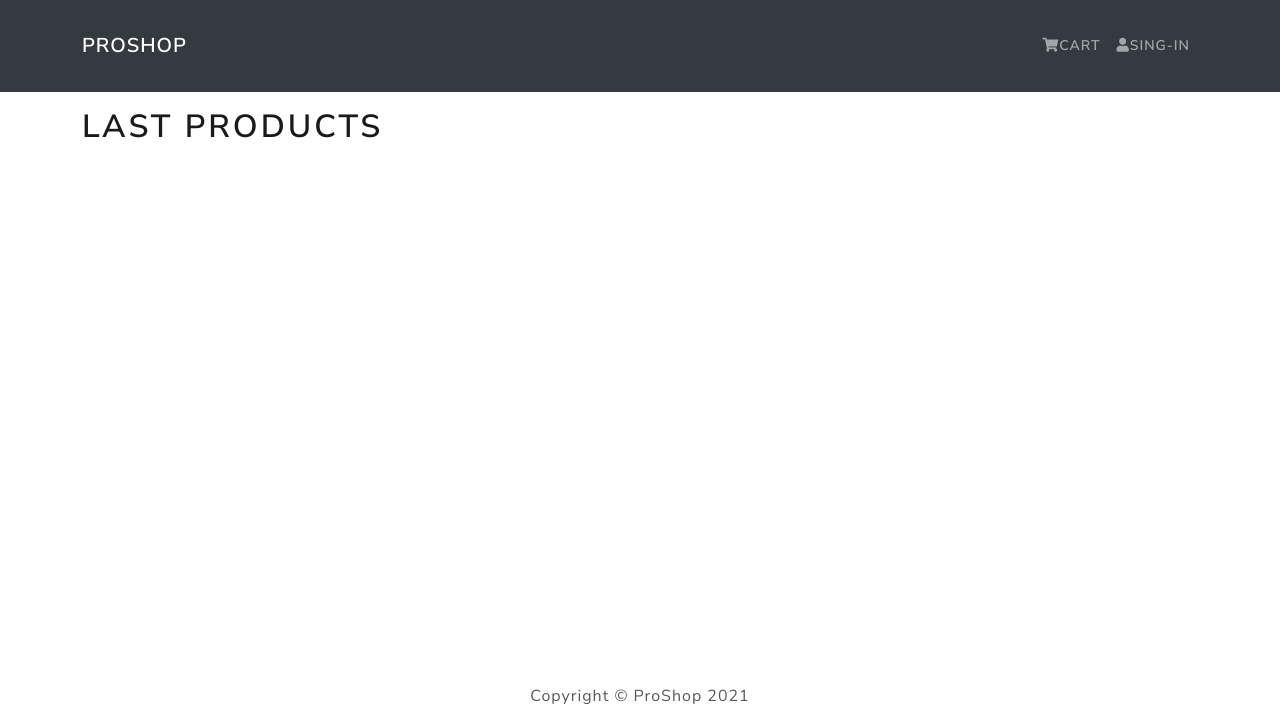
Repository: Erangr90/ProShop
Page: / (app in frontend/)
An editor plug-in stored every save of this project. The page is shown before and after a run of saves, followed by the edit.
The browser window is 1280 px wide. The pictures show the whole page.
The project was rebuilt for these pictures with package versions that can differ from the ones it lists, and the page was loaded fresh each time.

Above is the page before, as saved 2021-05-29 19:06:04.

After the next 4 saves:
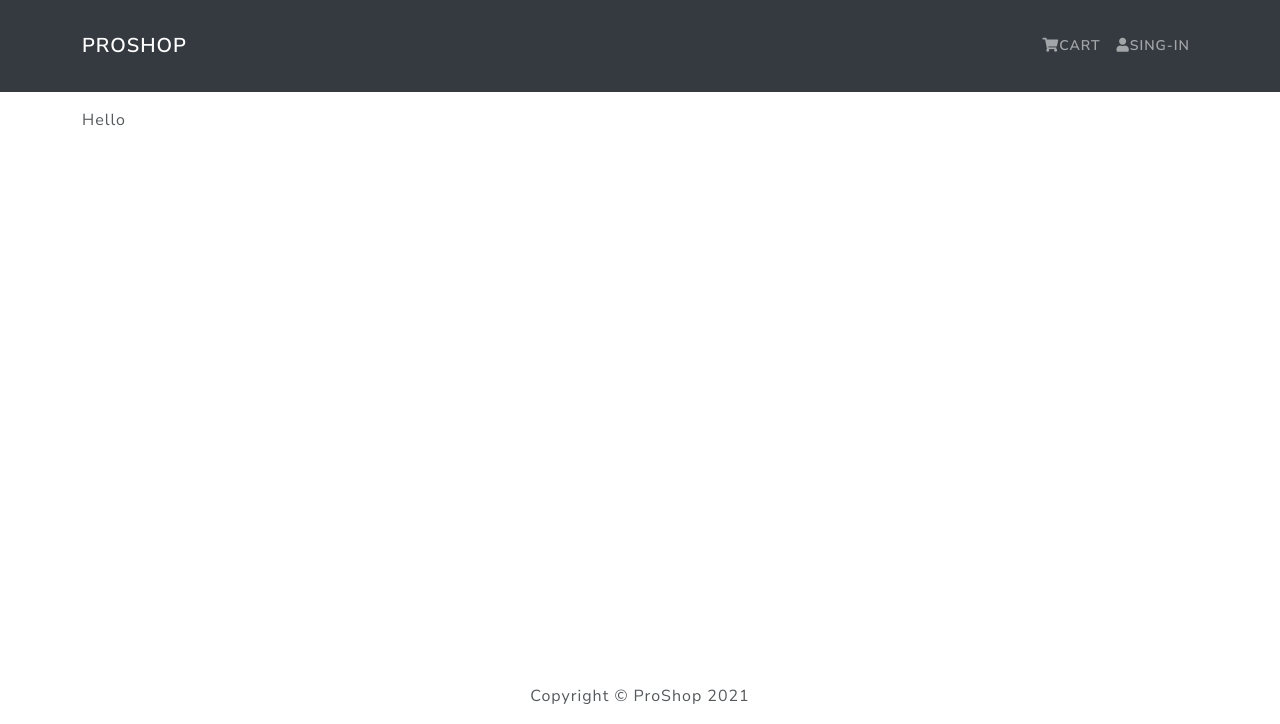
The 4 saves are shown as one change because 3 did not build or start.
The last was saved 19 min 8 s later.
--- a/frontend/src/index.js
+++ b/frontend/src/index.js
@@ -5,7 +5,7 @@
 // Styles
 import './bootstrap.min.css'
 import './index.css';
-// High level components
+// High level Components
 import App from './App';
 
 
--- a/frontend/src/App.js
+++ b/frontend/src/App.js
@@ -12,7 +12,7 @@
     <>
     <Header/>
     <main className='py-3'>
-    <Container><HomeScreen/></Container>
+    <Container>Hello</Container>
     </main>
     <Footer/>
     </>
--- a/frontend/src/components/Product.jsx
+++ b/frontend/src/components/Product.jsx
@@ -1,12 +1,31 @@
 // React packages
 import React from 'react'
+import { Card } from 'react-bootstrap'
 // Components
 
 const Product = ({product}) => {
     return (
-        <div>
+        <Card className='my-3 py-3 rounded'>
+            <a href={product._id}>
+                <Card.Image src={product.image} variant='top' />
+            </a>
 
-        </div>
+            <Card.Body>
+                <a href={product._id}>
+                    <Card.Title as='div'>
+                        <strong>{product.name}</strong>
+                    </Card.Title>
+                </a>
+
+                <Card.Text as='div' className='my-3'>
+                    {product.rating} from {product.numReviews} Reviews
+                </Card.Text>
+
+                <Card.Text as='h3'>${product.price}</Card.Text>
+
+            </Card.Body>
+
+        </Card>
     )
 }
 
